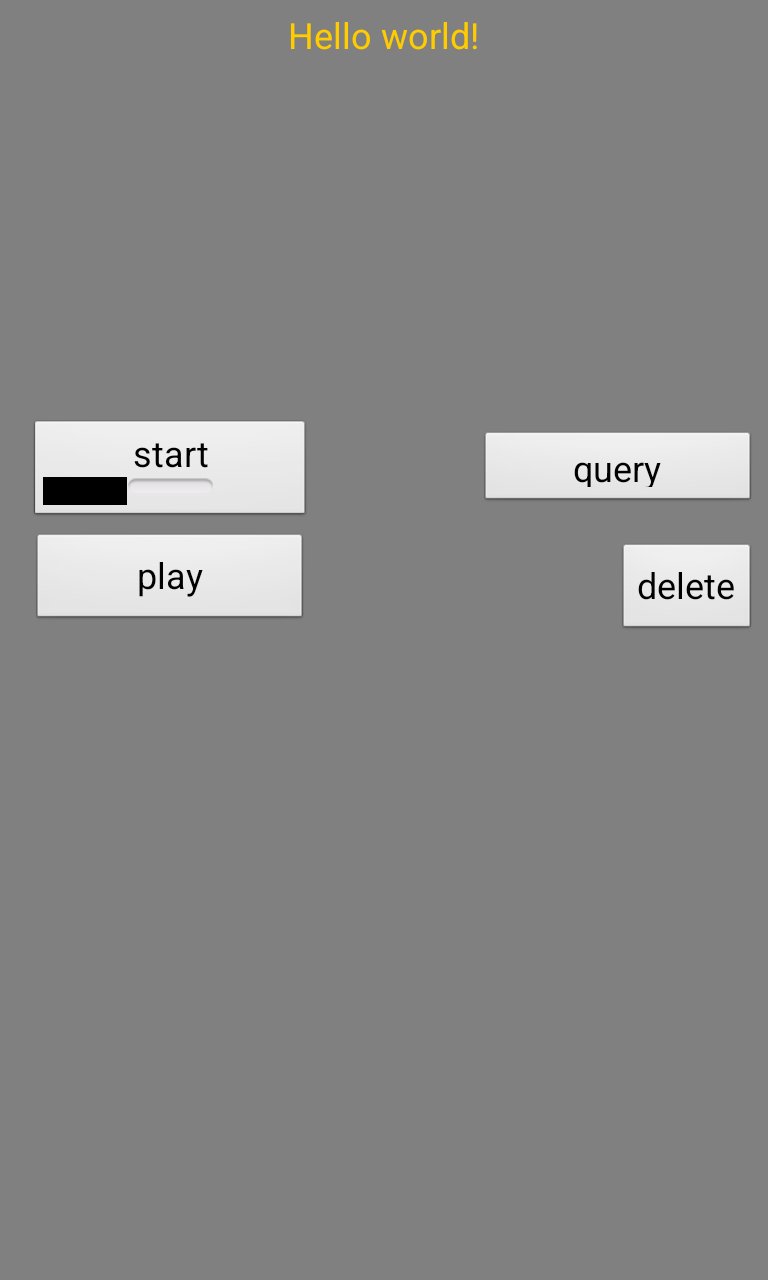
Repository: FreyrChen/tucan_Linux_practice
Layout: 4_Android_program/MusicIdentify/res/layout/activity_main.xml
These files come from the project's save history. The layout is drawn as it stood at one moment and after the next save; the edit follows.
It is drawn on a 768 x 1280 px phone screen (xhdpi) without system bars, with theme AppTheme; the app's code is not run.

Above is the layout before, as saved 2013-05-30 08:56:22.

### 4_Android_program/MusicIdentify/res/layout/activity_main.xml
<RelativeLayout xmlns:android="http://schemas.android.com/apk/res/android"
    xmlns:tools="http://schemas.android.com/tools"
    android:layout_width="match_parent"
    android:layout_height="match_parent"
    android:padding="10px"
    android:background="#808080"
    tools:context=".MainActivity" >

    <TextView
        android:id="@+id/info_text"
        android:layout_width="wrap_content"
        android:layout_height="200dp"
        android:layout_centerHorizontal="true"
        android:textSize="18sp"
        android:text="@string/hello_world"
        android:background="#00FF0000"
	    android:textColor="#FFCC00"
    />

     <ToggleButton
		android:id="@+id/start_button"
		android:textOn="@string/stop"
		android:textOff="@string/start"
		android:textSize="18sp"
	 	android:layout_width="140dp"
	 	android:layout_height="wrap_content"
	    android:layout_alignParentLeft="true"
	    android:layout_marginTop="5dp"
	    android:layout_marginLeft="10dp"
	    android:layout_below="@+id/info_text"
 	/>

    <Button
	 	android:id="@+id/query_button"
	 	android:layout_width="140dp"
	 	android:layout_height="40dp"
	 	android:textSize="18sp"
	 	android:text="@string/query"
	    android:layout_marginTop="5dp"
	    android:layout_marginLeft="10dp"
	    android:layout_alignParentRight="true"
	    android:layout_alignTop="@+id/start_button"
 	/>

    <Button
	 	android:id="@+id/play_button"
		android:text="@string/play"
		android:textSize="18sp"
	 	android:layout_width="140dp"
	 	android:layout_height="wrap_content"
	    android:layout_alignParentLeft="true"
	    android:layout_marginTop="5dp"
	    android:layout_marginLeft="10dp"
	    android:layout_below="@+id/start_button"
 	/>


    <Button
	 	android:id="@+id/delete_button"
	 	android:layout_width="wrap_content"
	 	android:layout_height="wrap_content"
	 	android:textSize="18sp"
	 	android:text="@string/delete"
	    android:layout_marginTop="5dp"
	    android:layout_marginLeft="10dp"
	    android:layout_alignParentRight="true"
	    android:layout_alignTop="@+id/play_button"
 	/>





</RelativeLayout>

### 4_Android_program/MusicIdentify/res/values/strings.xml
<?xml version="1.0" encoding="utf-8"?>
<resources>

    <string name="app_name">MusicIdentify</string>
    <string name="hello_world">Hello world!</string>
    <string name="menu_settings">Settings</string>
    <string name="start">start</string>
    <string name="stop">stop</string>
    <string name="play">play</string>
    <string name="query">query</string>
    <string name="delete">delete</string>


</resources>

Loaded but not shown: 4_Android_program/MusicIdentify/res/values/styles.xml (common file)

After the next save:
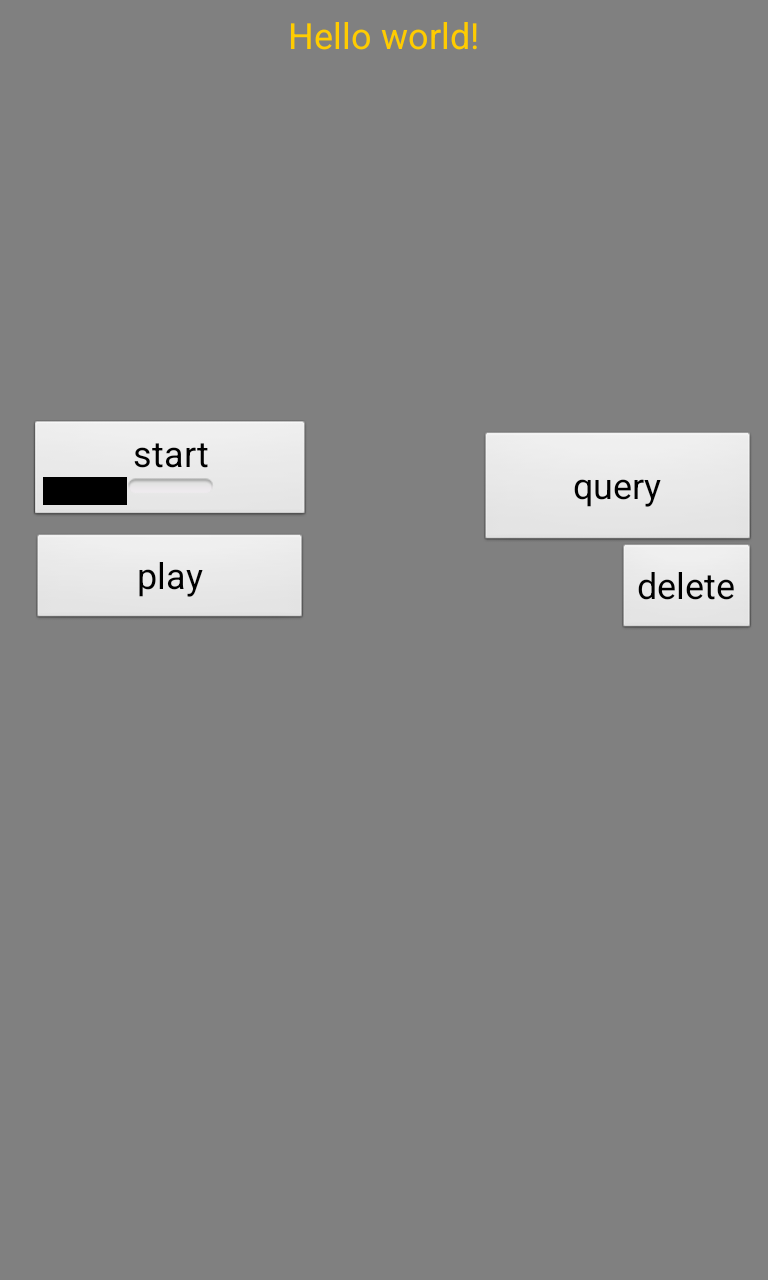
Saved 18 s later.
--- a/4_Android_program/MusicIdentify/res/layout/activity_main.xml
+++ b/4_Android_program/MusicIdentify/res/layout/activity_main.xml
@@ -33,7 +33,7 @@
     <Button
 	 	android:id="@+id/query_button"
 	 	android:layout_width="140dp"
-	 	android:layout_height="40dp"
+	 	android:layout_height="60dp"
 	 	android:textSize="18sp"
 	 	android:text="@string/query"
 	    android:layout_marginTop="5dp"
